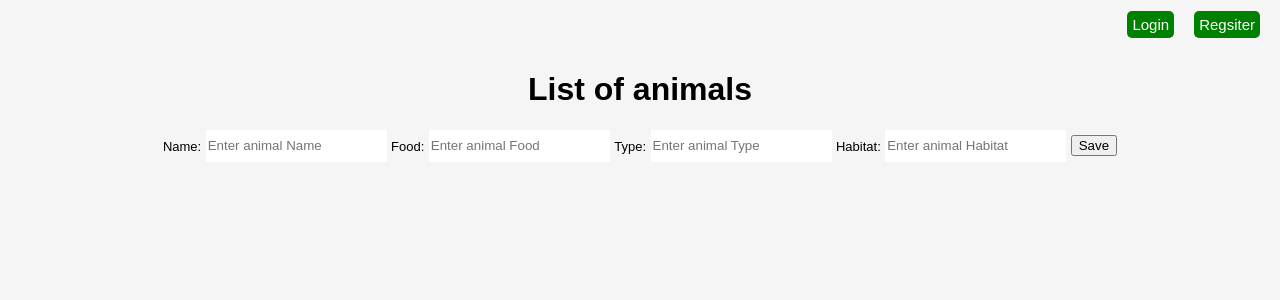
Repository: Dennis-star1001/PHP-CRUD
Page: http://localhost/index.php
The author's editor kept a copy of each file at every save. The page is drawn from the files as they stood at one save, then again after the next save.
The browser window is 1280 px wide. The pictures show the whole page.
The page is run by PHP 8.4 with error messages shown; the project is at /var/www/html/.

Above is the page before, as saved 2022-07-05 22:55:35.

After the next save:
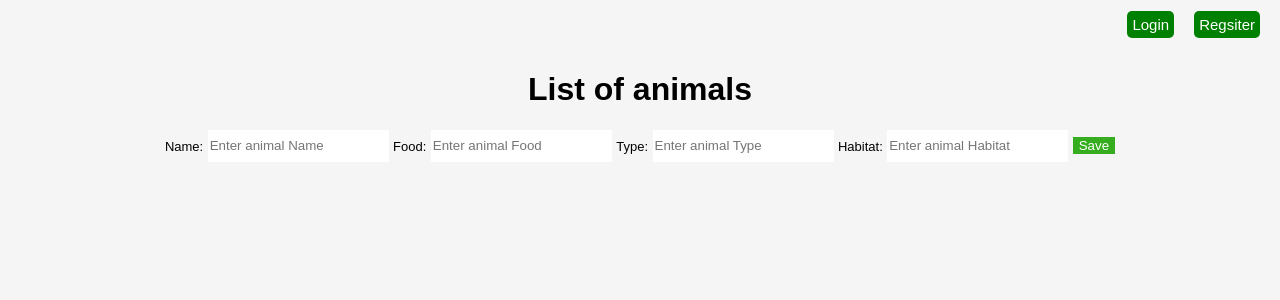
Saved 35 s later.
--- a/index.php
+++ b/index.php
@@ -32,7 +32,7 @@
 
             <label for="name">Habitat:</label>
             <input type="text" placeholder="Enter animal Habitat" name='habitat'>
-            <button type='submit'>Save</button>
+            <button type='submit' value="Save" class="submit">Save</button>
         </form>
 
     </div>
